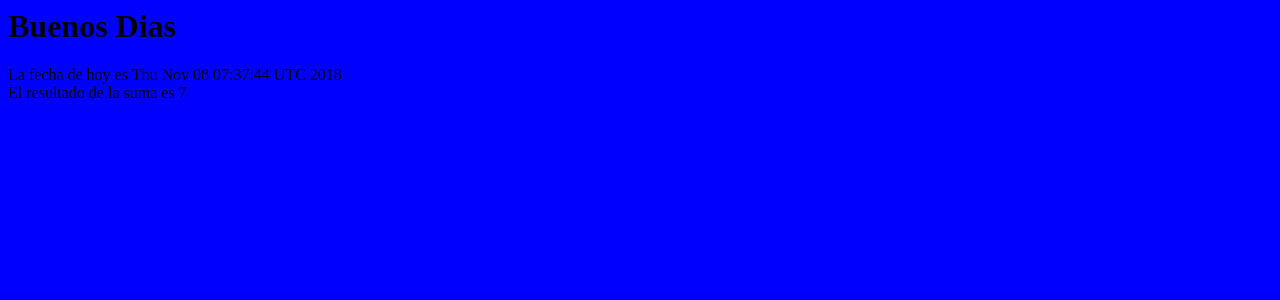
Repository: rengifolu/Blog
Page: http://localhost/PrimerosPasosJSP/saludo.jsp
The author's editor kept a copy of each file at every save. The page is drawn from the files as they stood at one save, then again after the next save.
The browser window is 1280 px wide. The pictures show the whole page.
The page is served by Tomcat 9.

Above is the page before, as saved 2018-11-08 07:53:07.

After the next save:
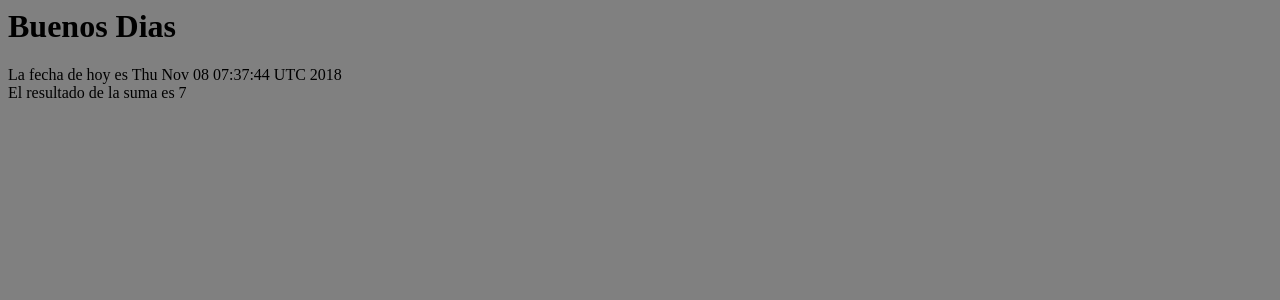
Saved 12 s later.
--- a/PrimerosPasosJSP/WebContent/saludo.jsp
+++ b/PrimerosPasosJSP/WebContent/saludo.jsp
@@ -1,7 +1,7 @@
 <%@page import="java.util.Date"%>
 <html>
 
-<body style="background:blue">
+<body style="background:grey">
   <h1>
       Buenos Dias
   </h1>
